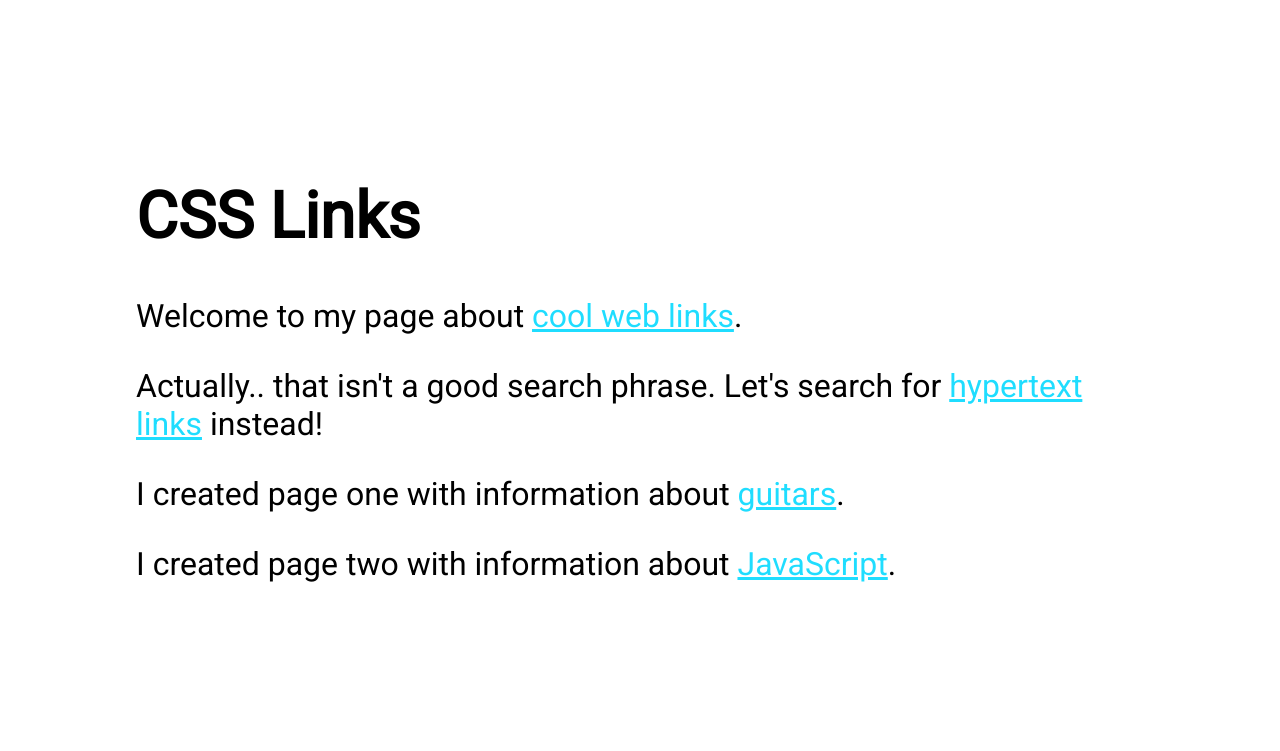
Repository: madhurik9999/Css
Page: index.html
An editor plug-in stored every save of this project. The page is shown before and after the next save, followed by the edit.
The browser window is 1280 px wide. The pictures show the whole page.

Above is the page before, as saved 2023-12-11 12:01:07.

After the next save:
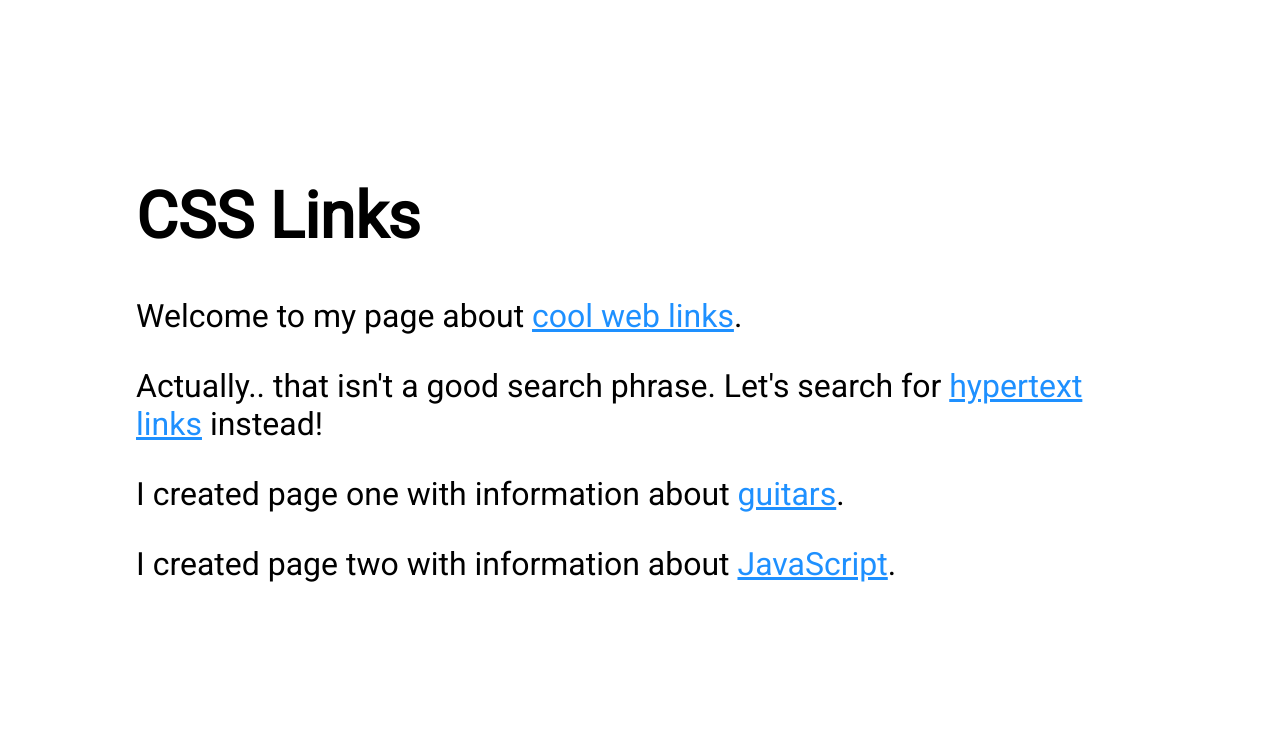
Saved 43 s later.
--- a/styles/style.css
+++ b/styles/style.css
@@ -12,12 +12,12 @@ body {
 
 
 a {
-    color: hsl(189, 100%, 56%);
+    color: dodgerblue;
 }
 
 a:hover,
 a:focus {
-    color: dodgerblue;
+    color: hsl(189, 100%, 56%);
 }
 
 a:visited {
